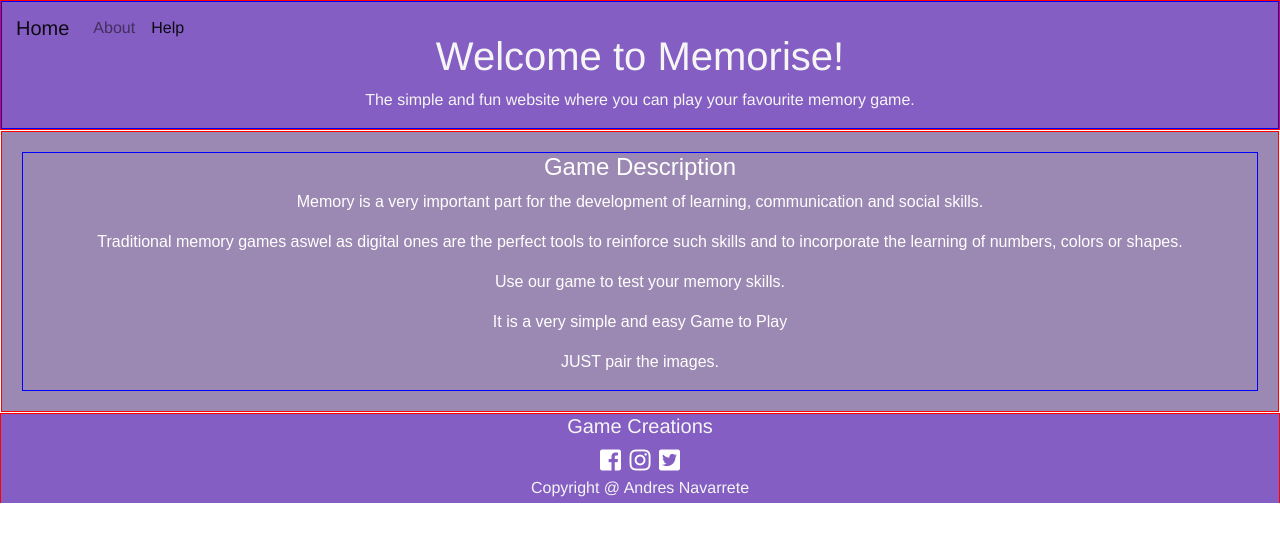
Repository: andna5980/memorise
Page: about.html
An editor plug-in stored every save of this project. The page is shown before and after the next save, followed by the edit.
The browser window is 1280 px wide. The pictures show the whole page.
Some web fonts or font styles are not loaded; a fallback is used. Some web libraries are served in a nearby version.

Above is the page before, as saved 2021-05-11 13:45:26.
Console error: SyntaxError: Unexpected end of input

After the next save:
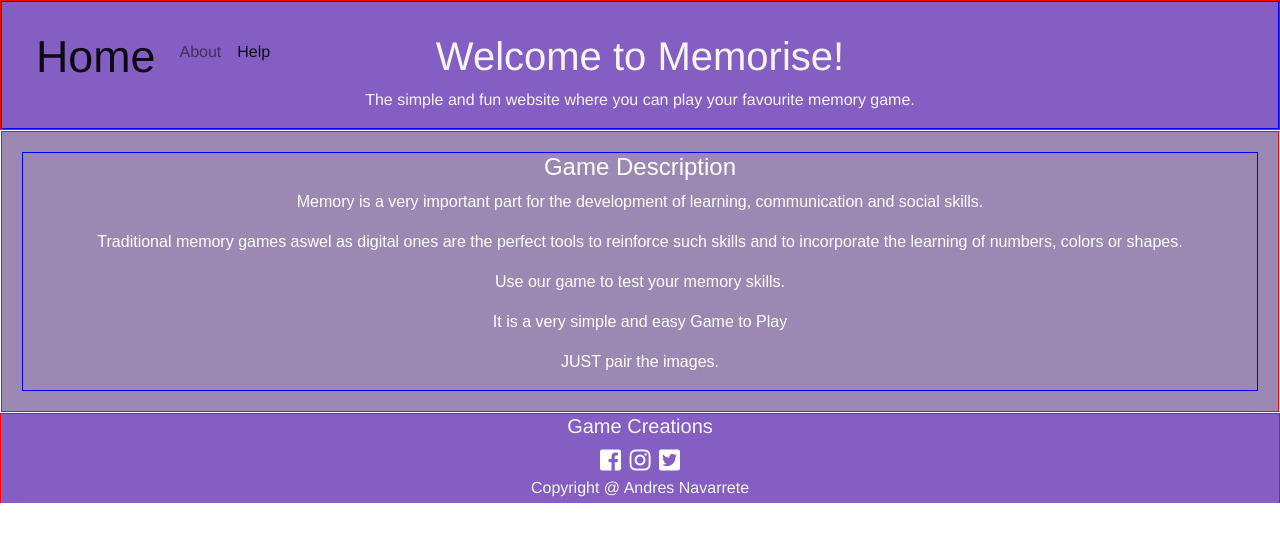
Saved 25 s later.
--- a/assets/styles/style.css
+++ b/assets/styles/style.css
@@ -28,6 +28,14 @@ header {
     margin-top: 25px 0;
     padding-top: 30px;
 }
+
+.navbar-brand {
+    font-family: Caveat Brush, Helvetica, sans-serif;
+    font-size: 280%;
+    margin-left: 20px;
+    margin-top: 10px;
+}
+
 
 
 
